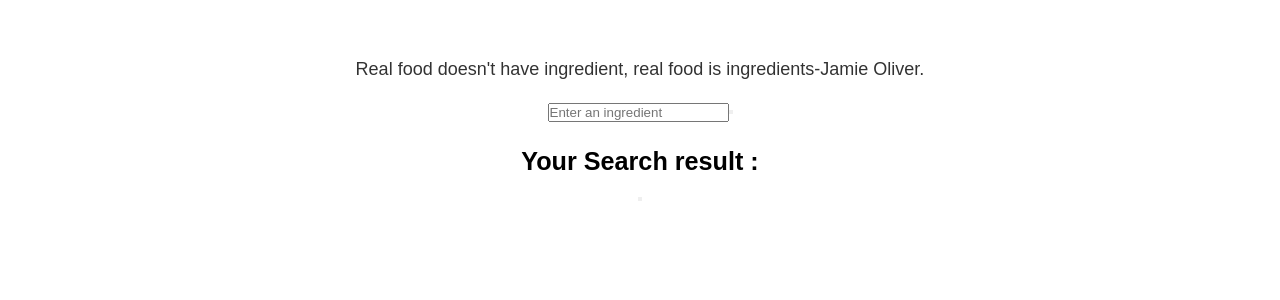
Repository: andrewhuynh561/javascipt
Page: Day 1/index.html
These files come from the project's save history. The page is drawn as it stood at one moment and after a run of saves; the edit follows.
The browser window is 1280 px wide. The pictures show the whole page.

Above is the page before, as saved 2023-05-17 22:04:28.

After the next 2 saves:
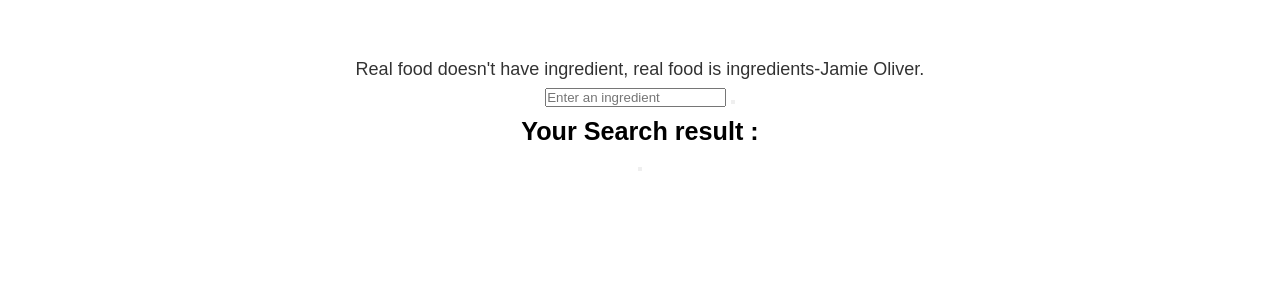
The 2 saves are shown as one change because they came seconds apart.
The last was saved 22 s later.
--- a/Day 1/style.css
+++ b/Day 1/style.css
@@ -26,14 +26,7 @@ p{
     font-size: 18px;
     opacity: 0.8;
 }
-.search-bar{
-    margin: 1.2rem 0;
-    display: flex;
-    align-items: center;
-    justify-content: center;
-}
 .search-control{
     outline: none;
-    max-height: max-content;
+    max-he
 }
-.search-control, .search-btn
